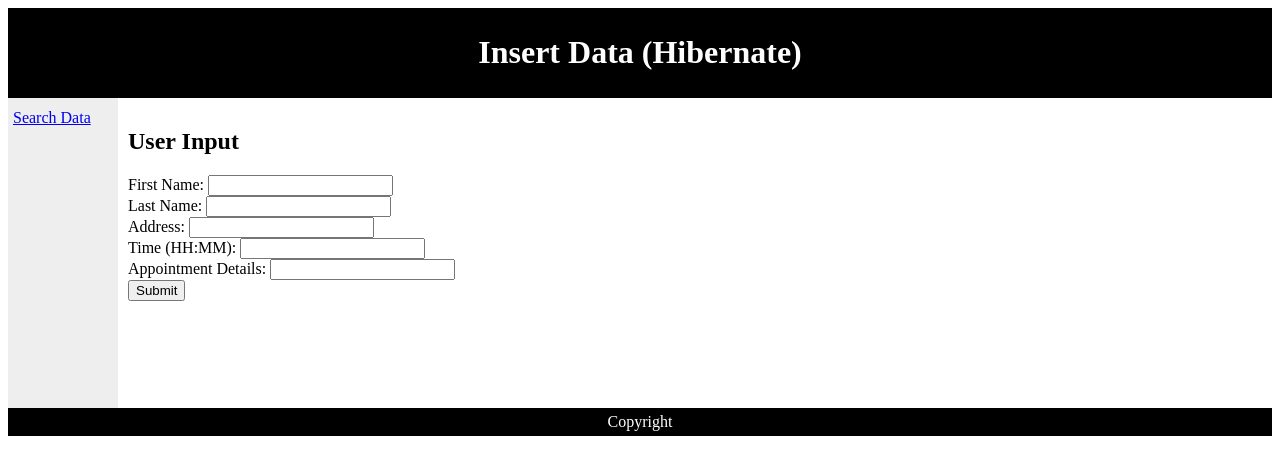
Repository: Doniico/G1_ODM
Page: workspaceCSCI4830-teamproject/teamproject/WebContent/simpleInsertHB.html
These files come from the project's save history. The page is drawn as it stood at one moment and after the next save; the edit follows.
The browser window is 1280 px wide. The pictures show the whole page.

Above is the page before, as saved 2020-03-29 22:35:09.

### workspaceCSCI4830-teamproject/teamproject/WebContent/simpleInsertHB.html
<html>
<head>
<style>
header {
    background-color:black;
    color:white;
    text-align:center;
    padding:5px;
}
nav {
    line-height:30px;
    background-color:#eeeeee;
    height:300px;
    width:100px;
    float:left;
    padding:5px;
}
section {
    width:350px;
    float:left;
    padding:10px;
}
footer {
    background-color:black;
    color:white;
    clear:both;
    text-align:center;
    padding:5px;
}
</style>
</head>

<body>
<header>
<h1> Insert Data (Hibernate)</h1>
</header>

<nav>
<a href="/webproject/simpleSearchHB.html">Search Data</a> <br>
</nav>

<section>
	<h1>User Input</h1>

	<form action="SimpleInsertHB" method="POST">

		First Name: <input type="text" name="firstName"> <br />
		Last Name: <input type="text" name="lastName"> <br />
		Address: <input type="text" name="address"> <br />
		Time (HH:MM): <input type="text" name="time"> <br />
		Appointment Details: <input type="text" name="extraDetails"> <br />

		<input type="submit" value="Submit" />
	</form>

</section>

<footer>
Copyright
</footer>
</body>
</html>

After the next save:
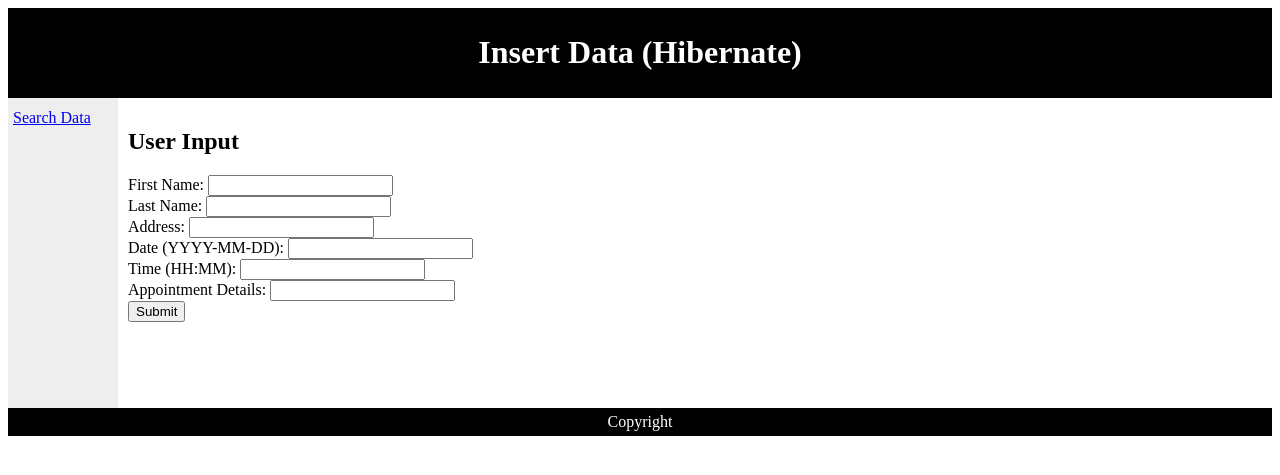
Saved 2 s later.
--- a/workspaceCSCI4830-teamproject/teamproject/WebContent/simpleInsertHB.html
+++ b/workspaceCSCI4830-teamproject/teamproject/WebContent/simpleInsertHB.html
@@ -47,8 +47,9 @@ footer {
 		First Name: <input type="text" name="firstName"> <br />
 		Last Name: <input type="text" name="lastName"> <br />
 		Address: <input type="text" name="address"> <br />
+		Date (YYYY-MM-DD): <input type="text" name="date"> <br />
 		Time (HH:MM): <input type="text" name="time"> <br />
-		Appointment Details: <input type="text" name="extraDetails"> <br />
+		Appointment Details: <input type="text" name="details"> <br />
 
 		<input type="submit" value="Submit" />
 	</form>
